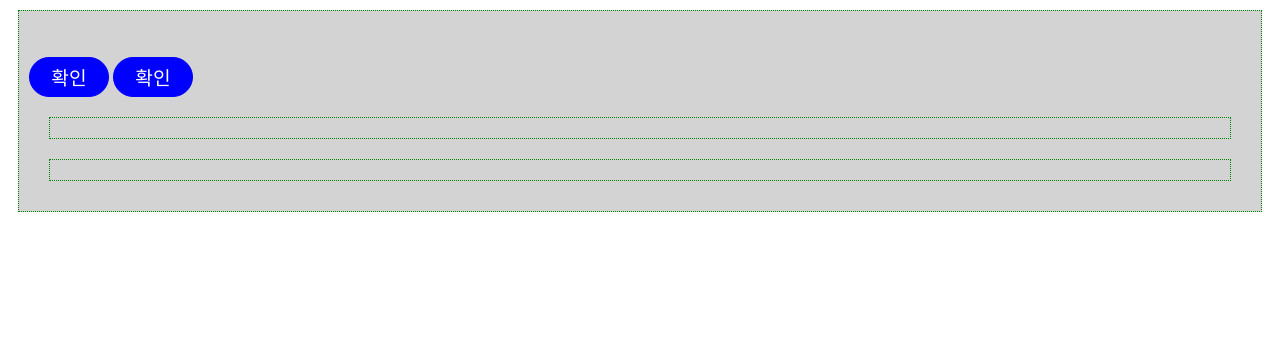
Repository: JJaeHwan/HTML
Page: jquerypro/WebContent/0113/삭제메소드.html
An editor plug-in stored every save of this project. The page is shown before and after the next save, followed by the edit.
The browser window is 1280 px wide. The pictures show the whole page.

Above is the page before, as saved 2023-01-13 05:55:00.

### jquerypro/WebContent/0113/삭제메소드.html
<!DOCTYPE html>
<html>
<head>
<meta charset="UTF-8">
<title>Insert title here</title>
<link rel="stylesheet" href="../css/public.css">
<script src="../js/jquery-3.6.3.min.js" type="text/javascript"></script>
</head>
<body>


<div class="box">
	<br><br>
	<input type="button" value="확인" id="btn1">
	<input type="button" value="확인" id="btn2">
	<br>

	<div id="res1"></div>
	<div id="res2"></div>
</div>
</body>
</html>

### jquerypro/WebContent/css/public.css
@charset "UTF-8";

pre{

	font-size: 1.5em;
	border: 5px double blue;
	border-left : none;
	border-right: none;
	padding: 10px;
	background-color: skyblue;

}

  .box{
  	margin: 10px;
  	padding: 10px;
  	border: 1px dotted green;
  	background-color: lightgray;

  }
  .box div{
  	/* height: 100px; */
  	padding: 10px;
  	margin: 20px;
  	border: 1px dotted green;
  }
  input[type=button]{
  	width: 80px;
  	height: 40px;
  	background: blue;
  	color: white;
  	font-size: 1.2em;
  	border-radius: 20px;
  	border : 1px solid blue;
  }

Loaded but not shown: jquerypro/WebContent/js/jquery-3.6.3.min.js (library)

After the next save:
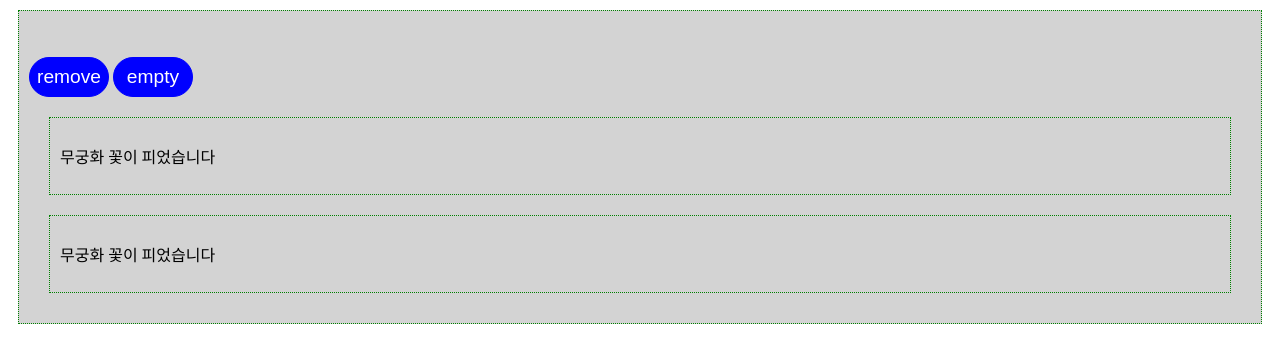
Console error: ReferenceError: documnet is not defined
Saved 94 s later.
--- a/jquerypro/WebContent/0113/삭제메소드.html
+++ b/jquerypro/WebContent/0113/삭제메소드.html
@@ -5,18 +5,34 @@
 <title>Insert title here</title>
 <link rel="stylesheet" href="../css/public.css">
 <script src="../js/jquery-3.6.3.min.js" type="text/javascript"></script>
+
+<script type="text/javascript">
+
+$(documnet).ready(function() {
+
+
+
+})
+
+</script>
+
 </head>
 <body>
 
 
 <div class="box">
 	<br><br>
-	<input type="button" value="확인" id="btn1">
-	<input type="button" value="확인" id="btn2">
+	<input type="button" value="remove" id="btn1">
+	<input type="button" value="empty" id="btn2">
 	<br>
 
-	<div id="res1"></div>
-	<div id="res2"></div>
+	<div id="res1">
+		<p>무궁화 꽃이 피었습니다</p>
+	</div>
+
+	<div id="res2">
+		<p>무궁화 꽃이 피었습니다</p>
+	</div>
 </div>
 </body>
 </html>

After the 4 saves that followed:
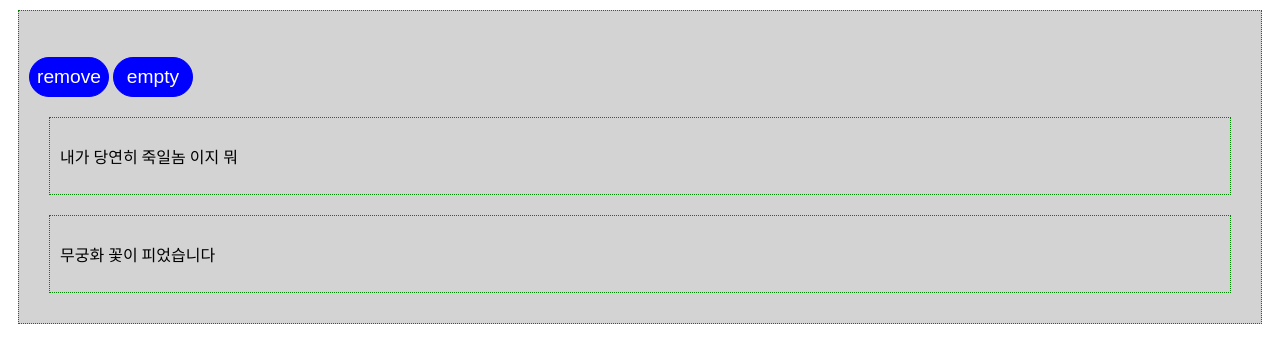
The error is gone.
The 4 saves are shown as one change because 3 left the picture as it was.
The last was saved 2 min 17 s later.
--- a/jquerypro/WebContent/0113/삭제메소드.html
+++ b/jquerypro/WebContent/0113/삭제메소드.html
@@ -8,8 +8,14 @@
 
 <script type="text/javascript">
 
-$(documnet).ready(function() {
+$(document).ready(function() {
+	$('#btn1').on('click', function () {
+		$('#res1').remove();
+	})
 
+	$('#btn2').on('click', function () {
+		$('#res2').empty();
+	})
 
 
 })
@@ -27,7 +33,7 @@
 	<br>
 
 	<div id="res1">
-		<p>무궁화 꽃이 피었습니다</p>
+		<p>내가 당연히 죽일놈 이지 뭐</p>
 	</div>
 
 	<div id="res2">
